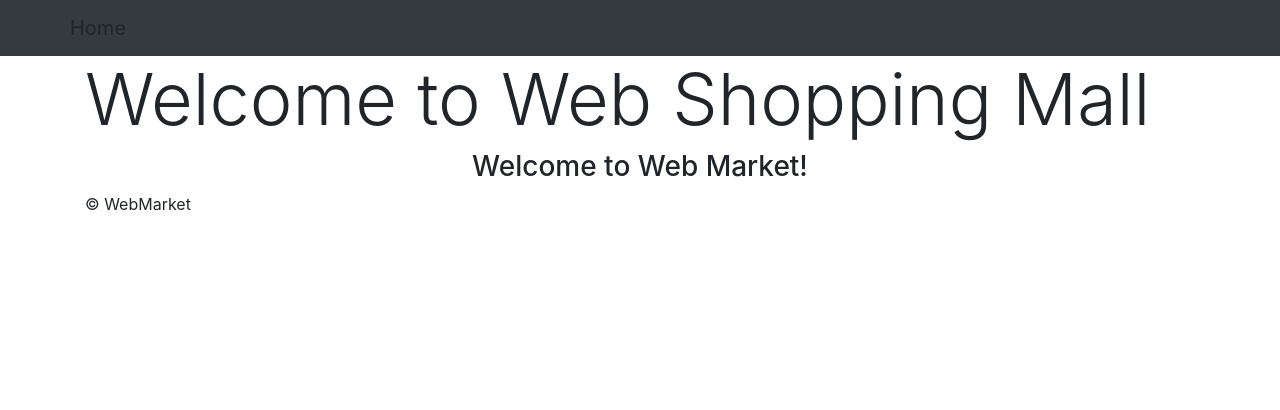
Repository: ramperrit/JSP
Page: http://localhost/WebMarket/welcome.jsp
An editor plug-in stored every save of this project. The page is shown before and after the next save, followed by the edit.
The browser window is 1280 px wide. The pictures show the whole page.
The page is served by Tomcat 9.

Above is the page before, as saved 2024-02-21 01:25:28.

After the next save:
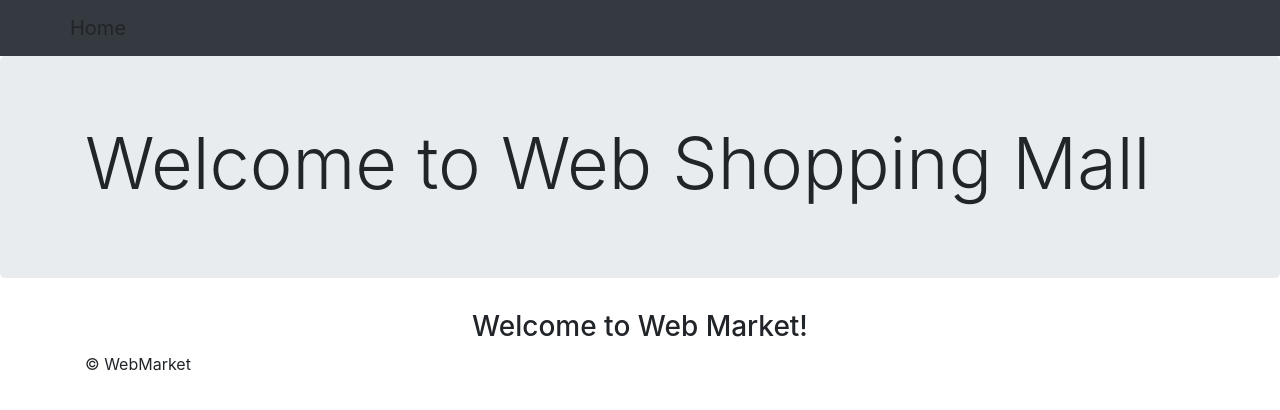
Saved 13 s later.
--- a/WebMarket/src/main/webapp/welcome.jsp
+++ b/WebMarket/src/main/webapp/welcome.jsp
@@ -22,7 +22,7 @@
 		String greeting = "Welcome to Web Shopping Mall";
 		String tagline = "Welcome to Web Market!";
 	%>
-	<div class = "jumboton">
+	<div class = "jumbotron">
 		<div class = "container">
 			<h1 class = "display-3">
 			<%= greeting %>
